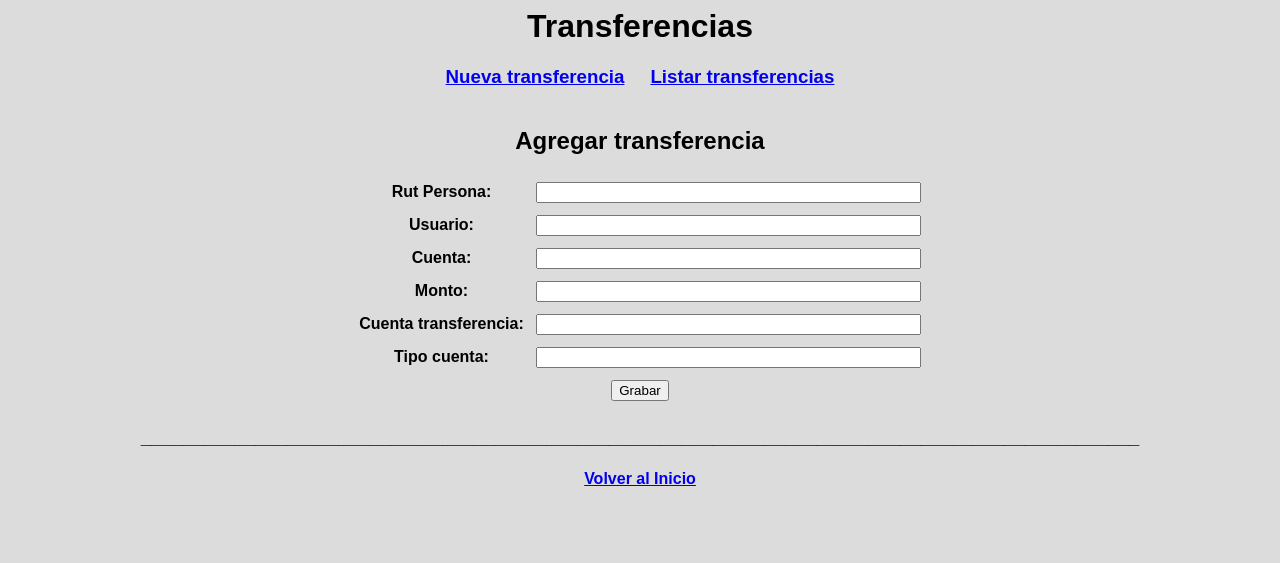
Repository: miguelalvarezcl/examen
Page: http://localhost/CtaCorriente/newtransferencia
An editor plug-in stored every save of this project. The page is shown before and after the next save, followed by the edit.
The browser window is 1280 px wide. The pictures show the whole page.
The page is served by Tomcat 9. Other server files are loaded and not shown.

Above is the page before, as saved 2021-11-13 22:46:51.

### CtaCorriente/WebContent/FormularioTransferencia.jsp
<%@ page language="java" contentType="text/html; charset=UTF-8"
    pageEncoding="UTF-8"%>
<%@ taglib uri = "http://java.sun.com/jsp/jstl/core" prefix = "c" %>
<html>
<head>
    <title>:::... Banco Platinum ...:::</title>
</head>
<body>

    <center>
        <h1>Transferencias</h1>

    <h3>
            <a href="/CtaCorriente/newtransferencia">Nueva transferencia</a>
            &nbsp;&nbsp;&nbsp;
            <a href="/CtaCorriente/listTransferencia">Listar transferencias</a>

    </h3>

    </center>
    <div align="center">
        <c:if test="${transferencia != null}">
            <form action="updatetransferencia" method="post">
        </c:if>
        <c:if test="${transferencia == null}">
            <form action="inserttransferencia" method="post">
        </c:if>
        <table border="0" cellpadding="5">
            <caption>
                <h2>
                    <c:if test="${transferencia != null}">
                        Editar transferencia
                    </c:if>
                    <c:if test="${transferencia == null}">
                        Agregar transferencia
                    </c:if>
                </h2>
            </caption>
                <c:if test="${transferencia != null}">
                    <input type="hidden" name="id" value="${transferencia.id}" />
                </c:if>
            <tr>
                <th>Rut Persona: </th>
                <td>
                    <input type="text" name="rutpersona" size="45"
                            value="${transferencia.rutpersona}"
                        />
                </td>
            </tr>
            <tr>
                <th>Usuario: </th>
                <td>
                    <input type="text" name="idusuario" size="45"
                            value="${transferencia.idusuario}"
                    />
                </td>
            </tr>
            <tr>
                <th>Cuenta: </th>
                <td>
                    <input type="text" name="idcuenta" size="45"
                            value="${transferencia.idcuenta}"
                    />
                </td>
            </tr>

            <tr>
                <th>Monto: </th>
                <td>
                    <input type="text" name="montotransferencia" size="45"
                            value="${transferencia.montotransferencia}"
                    />
                </td>
            </tr>

            <tr>
                <th>Cuenta transferencia: </th>
                <td>
                    <input type="text" name="cuentatransferencia" size="45"
                            value="${transferencia.cuentatransferencia}"
                    />
                </td>
            </tr>

            <tr>
                <th>Tipo cuenta: </th>
                <td>
                    <input type="text" name="tipocuenta" size="45"
                            value="${transferencia.tipocuenta}"
                    />
                </td>
            </tr>


            <tr>
                <td colspan="2" align="center">
                    <input type="submit" value="Grabar" />
                </td>
            </tr>
        </table>
        </form>
    </div>
        <center>
        <h3>________________________________________________________________________________________________</h3>
        <h4>
            <a href="/CtaCorriente/home.jsp">Volver al Inicio</a>
        </h4>
        </center>
</body>
</html>

<style>
body{
	font-family: arial, helvetica;
	background: #DCDCDC;
}
</style>

### CtaCorriente/src/com/platinum/ControllerServlet.java
package com.platinum;

import java.io.IOException;
import java.sql.SQLException;
import java.util.List;

import javax.servlet.RequestDispatcher;
import javax.servlet.ServletException;
import javax.servlet.http.HttpServlet;
import javax.servlet.http.HttpServletRequest;
import javax.servlet.http.HttpServletResponse;


public class ControllerServlet extends HttpServlet {
    private static final long serialVersionUID = 1L;
    private UsuariobdDAO usuariobdDAO;
    private PersonabdDAO personabdDAO;
    private CuentabdDAO cuentabdDAO;
    private TransferenciaDAO transferenciaDAO;

    public void init() {
        String jdbcURL = getServletContext().getInitParameter("jdbcURL");
        String jdbcUsername = getServletContext().getInitParameter("jdbcUsername");
        String jdbcPassword = getServletContext().getInitParameter("jdbcPassword");

        usuariobdDAO = new UsuariobdDAO(jdbcURL, jdbcUsername, jdbcPassword);
        personabdDAO = new PersonabdDAO(jdbcURL, jdbcUsername, jdbcPassword);
        cuentabdDAO = new CuentabdDAO(jdbcURL, jdbcUsername, jdbcPassword);
        transferenciaDAO = new TransferenciaDAO(jdbcURL, jdbcUsername, jdbcPassword);

    }

    protected void doPost(HttpServletRequest request, HttpServletResponse response)
            throws ServletException, IOException {
        doGet(request, response);
    }

    protected void doGet(HttpServletRequest request, HttpServletResponse response)
            throws ServletException, IOException {
        String action = request.getServletPath();

        try {
            switch (action) {
            case "/new":
                showNewForm(request, response);
                break;
            case "/newpersona":
                showNewFormPersona(request, response);
                break;

            case "/newcuenta":
                showNewFormCuenta(request, response);
                break;

            case "/newtransferencia":
                showNewFormTransferencia(request, response);
                break;

            case "/insert":
                insertUsuariobd(request, response);
                break;

            case "/insertpersona":
                insertPersonabd(request, response);
                break;

            case "/insertcuenta":
                insertCuentabd(request, response);
                break;

            case "/inserttransferencia":
                insertTransferencia(request, response);
                break;
            case "/deletecuenta":
                deleteCuentabd(request, response);
                break;

            case "/deletepersona":
                deletePersonabd(request, response);
                break;
            case "/delete":
                deleteUsuariobd(request, response);
                break;
            case "/editpersona":
                showEditFormPersona(request, response);
                break;

            case "/editcuenta":
                showEditFormCuenta(request, response);
                break;

            case "/edit":
                showEditForm(request, response);
                break;
            case "/update":
                updateUsuariobd(request, response);
                break;
            case "/updatepersona":
                updatePersonabd(request, response);
                break;

            case "/updatecuenta":
                updateCuentabd(request, response);
                break;


            case "/listPersonabd":
            	listPersonabd(request, response);
                break;

            case "/listCuentabd":
            	//System.out.println("1");
            	listCuentabd(request, response);
                break;
            case "/listTransferencia":
            	listTransferencia(request, response);
                break;
            default:
                listUsuariobd(request, response);
                break;
            }
        } catch (SQLException ex) {
            throw new ServletException(ex);
        }
    }



    private void listTransferencia(HttpServletRequest request, HttpServletResponse response)
            throws SQLException, IOException, ServletException {


        List<Transferencia> listTransferencia = transferenciaDAO.listAllTransferencia();

        request.setAttribute("listTransferencia", listTransferencia);
        RequestDispatcher dispatcher = request.getRequestDispatcher("ListaTransferencia.jsp");
        dispatcher.forward(request, response);
    }

    private void listCuentabd(HttpServletRequest request, HttpServletResponse response)
            throws SQLException, IOException, ServletException {


        List<Cuentabd> listCuentabd = cuentabdDAO.listAllCuentabd();

        request.setAttribute("listCuentabd", listCuentabd);
        RequestDispatcher dispatcher = request.getRequestDispatcher("ListaCuentas.jsp");
        dispatcher.forward(request, response);
    }

    private void listPersonabd(HttpServletRequest request, HttpServletResponse response)
            throws SQLException, IOException, ServletException {

        List<Personabd> listPersonabd = personabdDAO.listAllPersonabd();

        request.setAttribute("listPersonabd", listPersonabd);
        RequestDispatcher dispatcher = request.getRequestDispatcher("ListaPersonas.jsp");
        dispatcher.forward(request, response);
    }

    private void listUsuariobd(HttpServletRequest request, HttpServletResponse response)
            throws SQLException, IOException, ServletException {
        List<Usuariobd> listUsuariobd = usuariobdDAO.listAllUsuariosbd();
        request.setAttribute("listUsuariobd", listUsuariobd);
        RequestDispatcher dispatcher = request.getRequestDispatcher("ListaUsuarios.jsp");
        dispatcher.forward(request, response);
    }


    private void showNewForm(HttpServletRequest request, HttpServletResponse response)
            throws ServletException, IOException {
        RequestDispatcher dispatcher = request.getRequestDispatcher("FormularioUsuario.jsp");
        dispatcher.forward(request, response);
    }

    private void showNewFormPersona(HttpServletRequest request, HttpServletResponse response)
            throws ServletException, IOException {
        RequestDispatcher dispatcher = request.getRequestDispatcher("FormularioPersona.jsp");
        dispatcher.forward(request, response);
    }

    private void showNewFormCuenta(HttpServletRequest request, HttpServletResponse response)
            throws ServletException, IOException {
        RequestDispatcher dispatcher = request.getRequestDispatcher("FormularioCuenta.jsp");
        dispatcher.forward(request, response);
    }

    private void showNewFormTransferencia(HttpServletRequest request, HttpServletResponse response)
            throws ServletException, IOException {
        RequestDispatcher dispatcher = request.getRequestDispatcher("FormularioTransferencia.jsp");
        dispatcher.forward(request, response);
    }


    private void showEditForm(HttpServletRequest request, HttpServletResponse response)
            throws SQLException, ServletException, IOException {
        int id = Integer.parseInt(request.getParameter("id"));
        Usuariobd existingUsuariobd = usuariobdDAO.getUsuariobd(id);
        RequestDispatcher dispatcher = request.getRequestDispatcher("FormularioUsuario.jsp");
        request.setAttribute("usuariobd", existingUsuariobd);
        dispatcher.forward(request, response);

    }

    private void showEditFormPersona(HttpServletRequest request, HttpServletResponse response)
            throws SQLException, ServletException, IOException {
        String rut = request.getParameter("rut");
        Personabd existingPersonabd = personabdDAO.getPersonabd(rut);
        RequestDispatcher dispatcher = request.getRequestDispatcher("FormularioPersona.jsp");
        request.setAttribute("personabd", existingPersonabd);
        dispatcher.forward(request, response);


    }

    private void showEditFormCuenta(HttpServletRequest request, HttpServletResponse response)
            throws SQLException, ServletException, IOException {
        int id = Integer.parseInt(request.getParameter("id"));
        Cuentabd existingCuentabd = cuentabdDAO.getCuentabd(id);
        RequestDispatcher dispatcher = request.getRequestDispatcher("FormularioCuenta.jsp");
        request.setAttribute("cuentabd", existingCuentabd);
        dispatcher.forward(request, response);


    }

    private void insertUsuariobd(HttpServletRequest request, HttpServletResponse response)
            throws SQLException, IOException {
        String nombreusuario = request.getParameter("nombreusuario");
        String password = request.getParameter("password");


        Usuariobd newUsuariobd = new Usuariobd(nombreusuario, password);
        usuariobdDAO.insertUsuariobd(newUsuariobd);
        response.sendRedirect("list");
    }

    private void insertPersonabd(HttpServletRequest request, HttpServletResponse response)
            throws SQLException, IOException {
    	String rut = request.getParameter("rut");
        String nombre = request.getParameter("nombre");
        String apellido = request.getParameter("apellido");
        String direccion = request.getParameter("direccion");
        String correo = request.getParameter("correo");
        String telefono = request.getParameter("telefono");

        Personabd newPersonabd = new Personabd(rut,nombre, apellido,direccion,correo,telefono);
        personabdDAO.insertPersonabd(newPersonabd);
        response.sendRedirect("listPersonabd");
    }

    private void insertTransferencia(HttpServletRequest request, HttpServletResponse response)
            throws SQLException, IOException {
        String rutpersona = request.getParameter("rutpersona");
        int idusuario = Integer.parseInt(request.getParameter("idusuario"));
        int idcuenta = Integer.parseInt(request.getParameter("idcuenta"));
        int montotransferencia = Integer.parseInt(request.getParameter("montotransferencia"));
        int cuentatransferencia = Integer.parseInt(request.getParameter("cuentatransferencia"));
        String tipocuenta = request.getParameter("tipocuenta");

        Transferencia newTransferencia = new Transferencia(rutpersona, idusuario,idcuenta,montotransferencia,cuentatransferencia,tipocuenta);
        transferenciaDAO.insertTransferencia(newTransferencia);
        response.sendRedirect("listTransferencia");
    }

    private void insertCuentabd(HttpServletRequest request, HttpServletResponse response)
            throws SQLException, IOException {
        String rutcliente = request.getParameter("rutcliente");
        String monto = request.getParameter("monto");
        String ejecutivo = request.getParameter("ejecutivo");

        Cuentabd newCuentabd = new Cuentabd(rutcliente, monto,ejecutivo);
        cuentabdDAO.insertCuentabd(newCuentabd);
        response.sendRedirect("listCuentabd");
    }


    private void updatePersonabd(HttpServletRequest request, HttpServletResponse response)
            throws SQLException, IOException {
        String rut = request.getParameter("rut");
        String nombre = request.getParameter("nombre");
        String apellido = request.getParameter("apellido");
        String direccion = request.getParameter("direccion");
        String correo = request.getParameter("correo");
        String telefono = request.getParameter("telefono");


        Personabd personabd = new Personabd(rut, nombre, apellido,direccion,correo,telefono);
        personabdDAO.updatePersonabd(personabd);
        response.sendRedirect("listPersonabd");
    }


    private void updateCuentabd(HttpServletRequest request, HttpServletResponse response)
            throws SQLException, IOException {
    	System.out.println("paso");

        String rutcliente = request.getParameter("rutcliente");
        String monto = request.getParameter("monto");
        String ejecutivo = request.getParameter("ejecutivo");
        int id = Integer.parseInt(request.getParameter("id"));
        Cuentabd cuentabd = new Cuentabd(id, rutcliente, monto , ejecutivo);
        System.out.println("paso2");
        cuentabdDAO.updateCuentabd(cuentabd);
        response.sendRedirect("listCuentabd");
    }


    private void updateUsuariobd(HttpServletRequest request, HttpServletResponse response)
            throws SQLException, IOException {
        int id = Integer.parseInt(request.getParameter("id"));
        String nombreusuario = request.getParameter("nombreusuario");
        String password = request.getParameter("password");


        Usuariobd usuariobd = new Usuariobd(id, nombreusuario, password);
        usuariobdDAO.updateUsuariobd(usuariobd);
        response.sendRedirect("list");
    }

    private void deleteUsuariobd(HttpServletRequest request, HttpServletResponse response)
            throws SQLException, IOException {
        int id = Integer.parseInt(request.getParameter("id"));

        Usuariobd usuariobd = new Usuariobd(id);
        usuariobdDAO.deleteUsuariobd(usuariobd);
        response.sendRedirect("list");

    }

    private void deletePersonabd(HttpServletRequest request, HttpServletResponse response)
            throws SQLException, IOException {
        String rut = request.getParameter("rut");

        Personabd personabd = new Personabd(rut);
        personabdDAO.deletePersonabd(personabd);
        response.sendRedirect("listPersonabd");
    }


    private void deleteCuentabd(HttpServletRequest request, HttpServletResponse response)
            throws SQLException, IOException {
        int id = Integer.parseInt(request.getParameter("id"));

        Cuentabd cuentabd = new Cuentabd(id);
        cuentabdDAO.deleteCuentabd(cuentabd);
        response.sendRedirect("listCuentabd");
    }



}

After the next save:
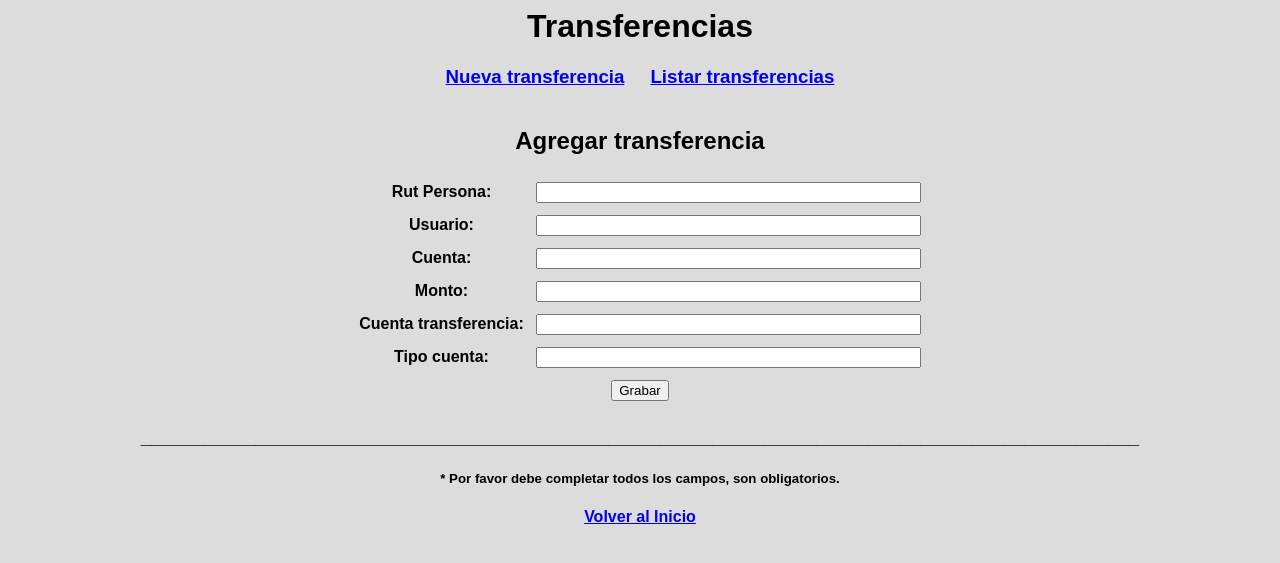
Saved 27 s later.
--- a/CtaCorriente/WebContent/FormularioTransferencia.jsp
+++ b/CtaCorriente/WebContent/FormularioTransferencia.jsp
@@ -102,6 +102,7 @@
     </div>
         <center>
         <h3>________________________________________________________________________________________________</h3>
+        <h5>* Por favor debe completar todos los campos, son obligatorios.</h5>
         <h4>
             <a href="/CtaCorriente/home.jsp">Volver al Inicio</a>
         </h4>
